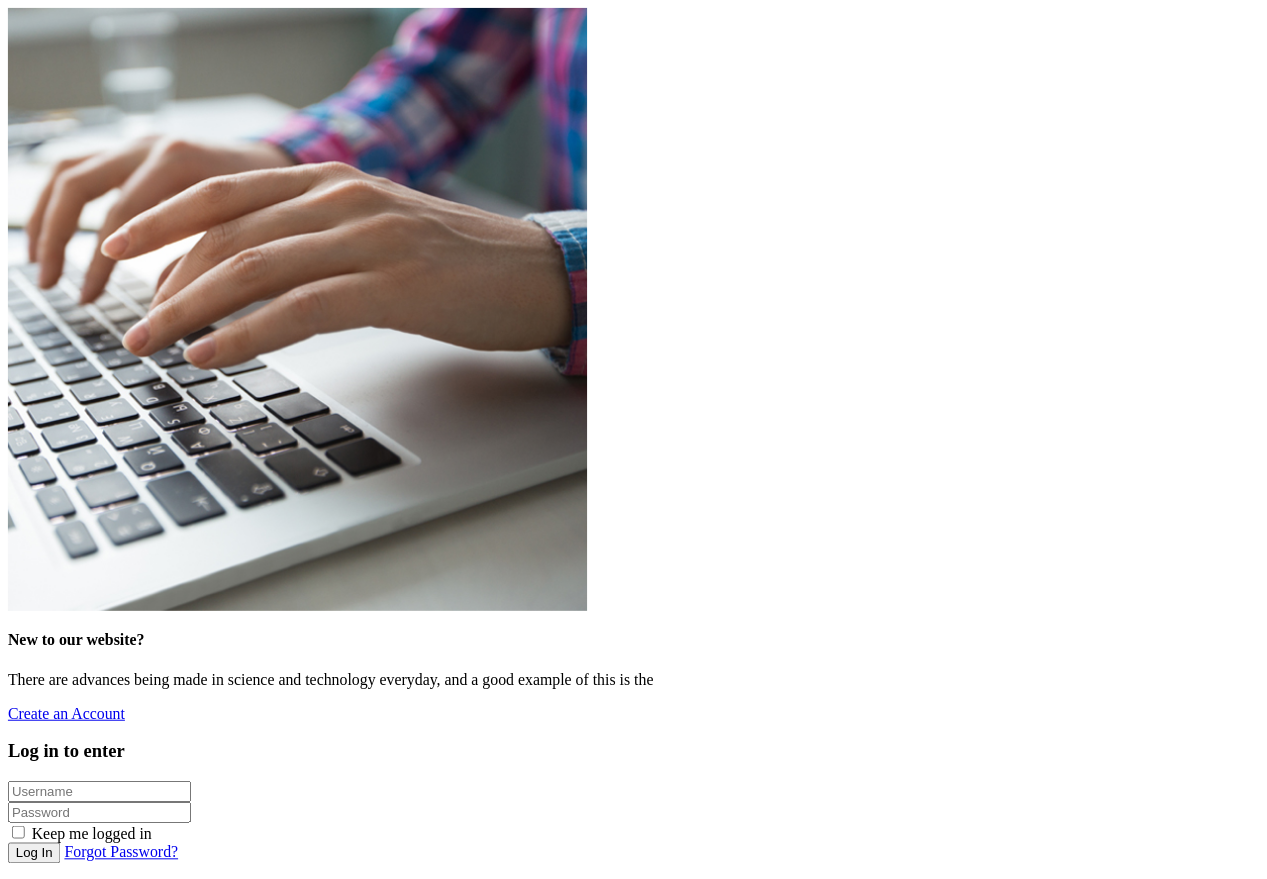
Repository: AHSANS354/MSIB5-Mini-Project
Page: http://localhost/login.php
An editor plug-in stored every save of this project. The page is shown before and after the next save, followed by the edit.
The browser window is 1280 px wide. The pictures show the whole page, at 99% of full size.
The page is run by PHP 8.4 with error messages shown; the project is at /var/www/html/.

Above is the page before, as saved 2023-10-27 20:33:15.

After the next save:
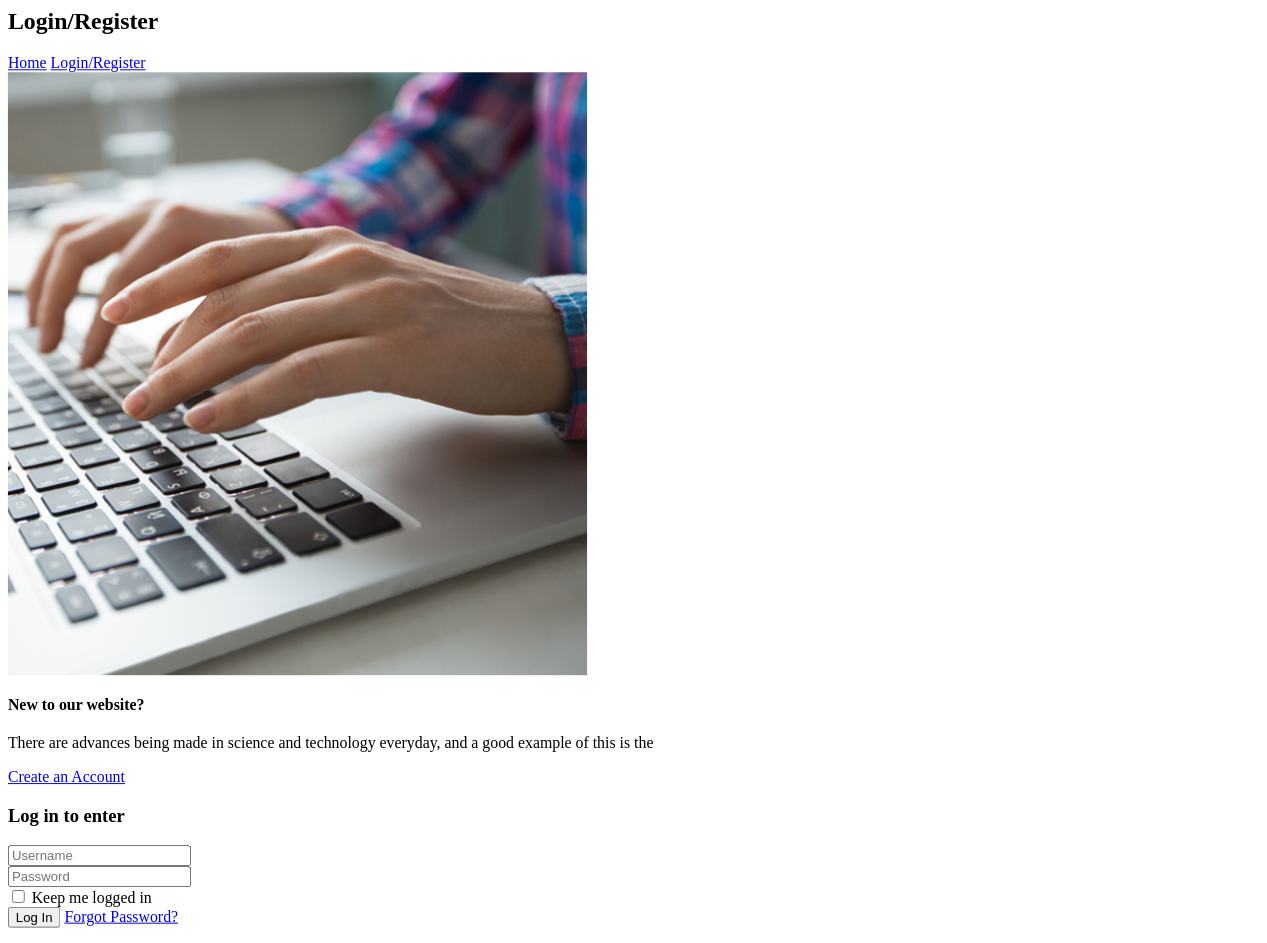
Saved 4 min 52 s later.
--- a/login.php
+++ b/login.php
@@ -1,3 +1,18 @@
+<!-- Start Banner Area -->
+<section class="banner-area organic-breadcrumb">
+		<div class="container">
+			<div class="breadcrumb-banner d-flex flex-wrap align-items-center justify-content-end">
+				<div class="col-first">
+					<h1>Login/Register</h1>
+					<nav class="d-flex align-items-center">
+						<a href="index.html">Home<span class="lnr lnr-arrow-right"></span></a>
+						<a href="category.html">Login/Register</a>
+					</nav>
+				</div>
+			</div>
+		</div>
+	</section>
+	<!-- End Banner Area -->
 
 	<!--================Login Box Area =================-->
 	<section class="login_box_area section_gap">
